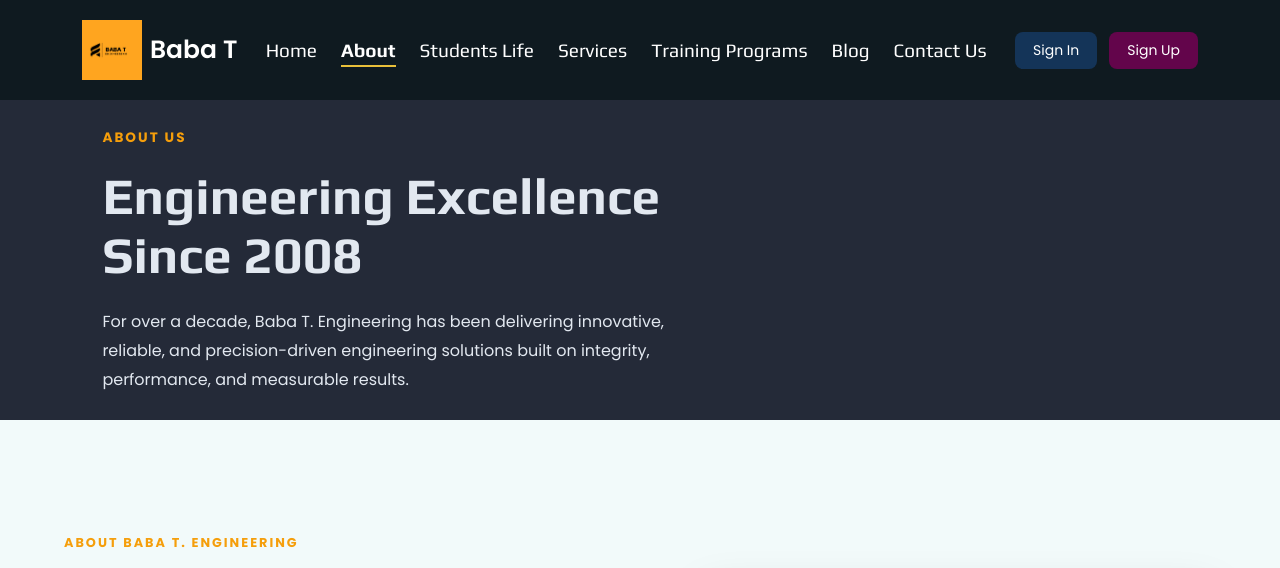
Repository: KC-Minchakpu/babatunde
Page: /about
The author's editor kept a copy of each file at every save. The page is drawn from the files as they stood at one save, then again after the next save.
The browser window is 1280 px wide. The pictures show the part of the page from y = 0 to 568 px (the page is 1674 px tall).
Pictures or frames that could not be fetched are drawn as grey boxes. The project was rebuilt for these pictures with package versions that can differ from the ones it lists, and the page was loaded fresh each time. The framework's server and built-in components were replaced by stand-ins that run in the browser. Also part of the build but not shown: next.config.ts.

Above is the page before, as saved 2026-02-21 09:51:05.

### src/app/layout.tsx
import type { Metadata } from "next";
import { Play, Poppins } from "next/font/google";
import "./globals.css";
import Header from "@/components/Header/Header";
import Footer from "@/components/Footer/Footer";

const play = Play({
  variable: "--font-play",
  subsets: ["latin"],
  weight: ["400", "700"],
});

const poppins = Poppins({
  variable: "--font-poppins",
  subsets: ["latin"],
  weight: ["400", "500", "600", "700"],
});

export const metadata: Metadata = {
  title: "Baba T Engineering",
  description: "Official web app of Baba T Engineering, a leading engineering company specializing in innovative solutions and cutting-edge technology.",
};

export default function RootLayout({
  children,
}: Readonly<{
  children: React.ReactNode;
}>) {
  return (
    <html lang="en">
      <body
        className={`${play.variable} ${poppins.variable} antialiased`}
      >
        <Header />
        {children}
        <Footer />
      </body>
    </html>
  );
}

### src/app/about/page.tsx
import AboutSection from "@/components/About/AboutSection";
import AboutHero from "@/components/About/AboutHero";


export default function OurTeamPage() {
  return (
    <>
      <AboutHero />
      <AboutSection />

    </>
  )}

### src/app/globals.css
@import "tailwindcss";

:root {
  --background: #f2fafa;
  --foreground: #1f1e1e;
}

body {
  background: var(--background);
  color: var(--foreground);
  font-family: var(--font-poppins);
}

h1, h2, h3, h4, h5, h6 {
  font-family: var(--font-play);
}

h1 {
  color: red;
  font-size: 35px;
}

### src/components/Header/Header.tsx
"use client";

import Link from "next/link";
import Image from "next/image";
import styles from "./Header.module.css";
import { useState } from "react";
import { usePathname } from "next/navigation";

const Header = () => {
  const [isOpen, setIsOpen] = useState(false);
  const pathname = usePathname();

  const isActive = (path: string) => pathname === path;
  const isAboutActive = () => pathname.startsWith("/about");

  return (
    <header className={styles.header}>
      <div className={styles.container}>
        {/* Logo */}
        <div className={styles.logo}>
          <Link href="/">
            <Image
              src="/images/logo23.png"
              alt="Baba T Logo"
              width={60}
              height={60}
            />
          </Link>
          <span className={styles.logoText}>Baba T</span>
        </div>

        {/* Navigation */}
        <nav className={styles.nav}>
          <Link
            href="/"
            className={isActive("/") ? styles.active : ""}
          >
            Home
          </Link>

          <div
            className={styles.dropdown}
            onMouseEnter={() => setIsOpen(true)}
            onMouseLeave={() => setIsOpen(false)}
          >
            <Link
              href="/about"
              className={`${styles.dropdownToggle} ${
                isAboutActive() ? styles.active : ""
              }`}
            >
              About
            </Link>

            {isOpen && (
              <div className={styles.dropdownMenu}>
                <Link href="/about/history" className={isActive("/about/history") ? styles.active : ""}>
                  Our History
                </Link>
                <Link
                  href="/about/team"
                  className={
                    isActive("/about/team") ? styles.active : ""
                  }
                >
                  Our Team
                </Link>
                <Link href="/about" className={isActive("/about/mission") ? styles.active : ""}>
                  Mission & Vision
                </Link>
                <Link href="/about" className={isActive("/about/values") ? styles.active : ""}>
                  Core Values
                </Link>
                <Link href="/about/careers" className={isActive("/about/careers") ? styles.active : ""}>
                  Careers
                </Link>
              </div>
            )}
          </div>

          <Link
            href="/students-life"
            className={
              isActive("/students-life") ? styles.active : ""
            }
          >
            Students Life
          </Link>

          <Link
            href="/services"
            className={isActive("/services") ? styles.active : ""}
          >
            Services
          </Link>

          <Link
            href="/training-programs"
            className={
              isActive("/training-programs") ? styles.active : ""
            }
          >
            Training Programs
          </Link>

          <Link
            href="/blog"
            className={isActive("/blog") ? styles.active : ""}
          >
            Blog
          </Link>

          <Link
            href="/contact"
            className={isActive("/contact") ? styles.active : ""}
          >
            Contact Us
          </Link>
        </nav>

        {/* Auth Buttons */}
        <div className={styles.actions}>
          <button className={styles.signIn}>Sign In</button>
          <button className={styles.signUp}>Sign Up</button>
        </div>
      </div>
    </header>
  );
};

export default Header;

### src/components/Footer/Footer.tsx
"use client";

import Image from "next/image";
import styles from "./Footer.module.css";
import {
  FaXTwitter,
  FaLinkedinIn,
  FaYoutube,
  FaInstagram
} from "react-icons/fa6";

export default function Footer() {
  return (
    <footer className={styles.footer}>
      <div className={styles.container}>
        <div className={styles.topSection}>

          {/* LEFT BRAND AREA */}
          <div className={styles.brand}>
            <div className={styles.logo}>
              <Image
                src="/images/logo23.png"
                alt="Baba T Logo"
                width={50}
                height={50}
              />
              <span>Baba T. Engineering</span>
            </div>

            <p>
              Forge Your Future. Transform your Devices with expert-led services
              trusted by 100,000+ Clients worldwide.
            </p>

            {/* SOCIAL ICONS */}
            <div className={styles.socials}>
              <a href="#" aria-label="Twitter">
                <FaXTwitter />
              </a>
              <a href="#" aria-label="LinkedIn">
                <FaLinkedinIn />
              </a>
              <a href="#" aria-label="YouTube">
                <FaYoutube />
              </a>
              <a href="#" aria-label="Instagram">
                <FaInstagram />
              </a>
            </div>
          </div>

          {/* LINKS GRID */}
          <div className={styles.linksGrid}>
            <div>
              <h4>CATEGORIES</h4>
              <a>Software</a>
              <a>Hardware</a>
              <a>Circuit</a>
              <a>Computer Repairs</a>
              <a>MacBook Repairs</a>
            </div>

            <div>
              <h4>COMPANY</h4>
              <a>About Us</a>
              <a>Trainings</a>
              <a>Become a Student</a>
              <a>Blog</a>
              <a>Contact</a>
            </div>

            <div>
              <h4>SUPPORT</h4>
              <a>Help Center</a>
              <a>FAQ</a>
              <a>Accessibility</a>
              <a>Sitemap</a>
            </div>

            <div>
              <h4>LEGAL</h4>
              <a>Terms of Service</a>
              <a>Privacy Policy</a>
              <a>Cookie Policy</a>
              <a>Licenses</a>
            </div>
          </div>
        </div>

        <div className={styles.divider}></div>

        <div className={styles.bottomBar}>
          <p>© 2026 Baba T Engineering. All rights reserved.</p>
          <p>Designed & Developed by Kevin Cross Minchakpu</p>

          <div className={styles.bottomLinks}>
            <a>Terms</a>
            <a>Privacy</a>
            <a>Cookies</a>
          </div>
        </div>
      </div>
    </footer>
  );
}

### src/components/About/AboutSection.tsx
// components/AboutSection.tsx
import Image from "next/image";
import styles from "./AboutSection.module.css";

const AboutSection = () => {
  return (
    <section className={styles.section}>
      <div className={styles.container}>
        {/* LEFT CONTENT */}
        <div className={styles.content}>
          <span className={styles.kicker}>ABOUT BABA T. ENGINEERING</span>

          <h2 className={styles.heading}>
            Engineering Excellence Built on Precision & Integrity
          </h2>

          <div className={styles.divider}></div>

          <p>
            Founded with a commitment to technical accuracy and professional
            integrity, Baba T. Engineering delivers innovative engineering
            solutions tailored to modern infrastructure and industrial needs.
            What began as a focused engineering practice has grown into a
            trusted technical partner for clients across multiple sectors.
          </p>

          <p>
            Our approach is rooted in precision design, rigorous analysis,
            and uncompromising quality standards. We collaborate closely with
            clients to provide solutions that are efficient, sustainable,
            and structurally sound.
          </p>

          <p>
            Today, our multidisciplinary team continues to push engineering
            boundaries—leveraging advanced tools, modern methodologies,
            and practical field expertise to deliver measurable results.
          </p>
        </div>

        {/* RIGHT IMAGE */}
        <div className={styles.imageWrapper}>
          <Image
            src="/images/circuit.jpg"
            alt="Circuit Board"
            fill
            className={styles.image}
            priority
          />

          <div className={styles.badge}>
            <span className={styles.badgeNumber}>15+</span>
            <span className={styles.badgeText}>Years of Engineering Expertise</span>
          </div>
        </div>
      </div>
    </section>
  );
};

export default AboutSection;

### src/components/About/AboutHero.tsx
// components/AboutHero.tsx
import styles from "./AboutHero.module.css";

const AboutHero = () => {
  return (
    <section className={styles.hero}>
          {/* Dark Overlay */}
      <div className={styles.overlay}></div>

      {/* Content */}
      <div className={styles.content}>
        <span className={styles.kicker}>ABOUT US</span>

        <h1 className={styles.heading}>
          Engineering Excellence <br /> Since 2008
        </h1>

        <p className={styles.description}>
          For over a decade, Baba T. Engineering has been delivering
          innovative, reliable, and precision-driven engineering solutions
          built on integrity, performance, and measurable results.
        </p>
      </div>
    </section>
  );
};

export default AboutHero;

### src/components/Header/Header.module.css
.header {
  width: 100%;
  height: 100px;
  background: #0F1A20;
  padding: 20px;
  position: sticky;
  top: 0;
  z-index: 1000;
}

.container {
  width: 90%;
  margin: 0 auto;
  display: flex;
  align-items: center;
  justify-content: space-between;
}

/* Logo */
.logo {
  display: flex;
  align-items: center;
  gap: 8px;
  cursor: pointer;
}

.logoCircle {
  width: 40px;
  height: 40px;
  border-radius: 50%;
  background: linear-gradient(135deg, #8e2de2, #4a00e0);
  display: flex;
  align-items: center;
  justify-content: center;
  color: white;
  font-weight: bold;
}

.logoText {
  font-size: 25px;
  font-weight: 600;
  color: #ffffff;
  font-family: "Poppins", sans-serif;
}

/* Nav */
.nav {
  display: flex;
  align-items: center;
  gap: 24px;
  font-family: 'Play', sans-serif;

}

.nav a,
.dropdownToggle {
  color: #ffffff;
  text-decoration: none;
  font-size: 19px;
  cursor: pointer;
  position: relative;
  transition: color 0.3s ease;
}

.nav a:hover,
.dropdownToggle:hover {
  color: #FFD23F;
}

/* Dropdown */
.dropdown {
  position: relative;
}

.dropdownMenu {
  position: absolute;
  width: 250px;
  top: 35px;
  left: 0;
  background: #0F1A20;
  border-radius: 8px;
  padding: 10px 0;
  min-width: 180px;
  box-shadow: 0 10px 25px rgba(0, 0, 0, 0.15);
  display: flex;
  flex-direction: column;
}

.dropdownMenu a {
  padding: 10px 16px;
  color: #ffffff;
  font-size: 19px;
  text-decoration: none;
  transition: background 0.2s ease;
}

.dropdownMenu a:hover {
  color: #FFD23F;
}

/* Buttons */
.actions {
  display: flex;
  gap: 12px;
}

.signIn {
  padding: 8px 18px;
  border-radius: 8px;
  border: none;
  cursor: pointer;
  color: white;
  background: #143458;
  font-size: 14px;
}

.signUp {
  padding: 8px 18px;
  border-radius: 8px;
  border: none;
  cursor: pointer;
  color: white;
  background: #63054b;
  font-size: 14px;
}

/* Responsive */
@media (max-width: 1024px) {
  .nav {
    display: none;
  }
}

.active {
  color: #f1b32b;
  font-weight: 600;
  position: relative;
}

.active::after {
  content: "";
  position: absolute;
  left: 0;
  bottom: -6px;
  width: 100%;
  height: 2px;
  background-color: #e9c03a;
}

### src/components/Footer/Footer.module.css
.footer {
  background: linear-gradient(
    180deg,
    #0a0a0a,
    #111111
  );
  color: #e5e7eb;
  padding: 90px 0 30px;
}

.container {
  max-width: 1200px;
  margin: 0 auto;
  padding: 0 20px;
}

/* TOP SECTION */
.topSection {
  display: flex;
  justify-content: space-between;
  gap: 60px;
}

/* BRAND */
.brand {
  flex: 1.3;
}

.logo {
  display: flex;
  align-items: center;
  gap: 12px;
  font-weight: 600;
  font-size: 20px;
  margin-bottom: 20px;
}

.logoBox {
  width: 34px;
  height: 34px;
  border-radius: 10px;
  background: linear-gradient(135deg, #14b8a6, #f97316);
}

.brand p {
  color: #9ca3af;
  line-height: 1.6;
  margin-bottom: 24px;
  max-width: 350px;
}

/* =========================
   SOCIAL ICONS
========================= */
.socials {
  display: flex;
  gap: 15px;
  margin-top: 20px;
}

.socials a {
  width: 40px;
  height: 40px;
  background: #121c3b;
  border-radius: 50%;
  display: flex;
  align-items: center;
  justify-content: center;
  color: #ffffff;
  font-size: 16px;
  transition: all 0.3s ease;
}

.socials a:hover {
  background: #f8af28;
  transform: translateY(-4px);
}


/* LINKS GRID */
.linksGrid {
  flex: 2;
  display: grid;
  grid-template-columns: repeat(4, 1fr);
  gap: 40px;
}

.linksGrid h4 {
  font-size: 12px;
  letter-spacing: 1px;
  margin-bottom: 16px;
  color: #ffffff;
}

.linksGrid a {
  display: block;
  font-size: 14px;
  color: #9ca3af;
  margin-bottom: 10px;
  cursor: pointer;
  transition: color 0.3s ease;
}

.linksGrid a:hover {
  color: #ffffff;
}

/* DIVIDER */
.divider {
  height: 1px;
  background: rgba(255, 255, 255, 0.08);
  margin: 60px 0 25px;
}

/* BOTTOM BAR */
.bottomBar {
  display: flex;
  justify-content: space-between;
  align-items: center;
  font-size: 14px;
  color: #9ca3af;
}

.bottomLinks {
  display: flex;
  gap: 24px;
}

.bottomLinks a {
  cursor: pointer;
  transition: color 0.3s ease;
}

.bottomLinks a:hover {
  color: white;
}

/* RESPONSIVE */
@media (max-width: 1024px) {
  .topSection {
    flex-direction: column;
    gap: 50px;
  }

  .linksGrid {
    grid-template-columns: repeat(2, 1fr);
  }

  .bottomBar {
    flex-direction: column;
    gap: 15px;
    text-align: center;
  }
}

@media (max-width: 600px) {
  .linksGrid {
    grid-template-columns: 1fr;
  }
}

### src/components/About/AboutSection.module.css
.section {
  padding: 110px 0;
   background: linear-gradient(
      to right,
      rgba(248, 250, 252, 0.95),
      rgba(248, 250, 252, 0.8)
    ),
}

.container {
  width: 90%;
  max-width: 1200px;
  margin: 0 auto;

  display: grid;
  grid-template-columns: 1.1fr 1fr;
  gap: 70px;
  align-items: center;
}

/* LEFT CONTENT */

.content {
  color: #1e293b; /* slate tone */
}

.kicker {
  font-size: 0.8rem;
  letter-spacing: 2px;
  font-weight: 700;
  color: #f59e0b; /* engineering amber */
  text-transform: uppercase;
  margin-bottom: 14px;
  display: inline-block;
}

.heading {
  font-size: 2.6rem;
  font-weight: 800;
  line-height: 1.25;
  margin-bottom: 18px;
}

.divider {
  width: 70px;
  height: 4px;
  background-color: #0f172a; /* deep engineering blue */
  margin-bottom: 28px;
}

.content p {
  font-size: 1rem;
  line-height: 1.8;
  margin-bottom: 20px;
  color: #475569;
}

/* RIGHT IMAGE */

.imageWrapper {
  position: relative;
  width: 100%;
  height: 520px;
  border-radius: 14px; /* sharper than law version */
  overflow: hidden;
  box-shadow: 0 25px 45px rgba(15, 23, 42, 0.15);
}

.image {
  object-fit: cover;
}

/* BADGE – redesigned as technical stat block */

.badge {
  position: absolute;
  bottom: 28px;
  right: 30px;

  background-color: #0f172a;
  color: white;

  padding: 26px 32px;
  border-radius: 10px;

  display: flex;
  flex-direction: column;
  align-items: center;

  border-left: 6px solid #f59e0b;
  box-shadow: 0 18px 35px rgba(0, 0, 0, 0.25);
}

.badgeNumber {
  font-size: 2rem;
  font-weight: 800;
  line-height: 1;
}

.badgeText {
  font-size: 0.85rem;
  margin-top: 6px;
  text-align: center;
  letter-spacing: 0.5px;
}

/* RESPONSIVE */

@media (max-width: 992px) {
  .container {
    grid-template-columns: 1fr;
    gap: 60px;
  }

  .imageWrapper {
    height: 420px;
  }
}

@media (max-width: 600px) {
  .section {
    padding: 80px 0;
  }

  .heading {
    font-size: 2rem;
  }

  .imageWrapper {
    height: 320px;
  }

  .badge {
    right: 20px;
    padding: 18px 22px;
  }

  .badgeNumber {
    font-size: 1.6rem;
  }
}

### src/components/About/AboutHero.module.css
.hero {
  position: relative;
  height: 320px;
  display: flex;
  align-items: center;
  padding: 0 8%;
  overflow: hidden;
  color: white;
}

/* Dark blue engineering overlay */
.overlay {
  position: absolute;
  inset: 0;
  background: #242a38;
  z-index: 1;
}

/* Content */
.content {
  position: relative;
  z-index: 2;
  max-width: 750px;
}

.kicker {
  font-size: 0.85rem;
  font-weight: 700;
  letter-spacing: 2px;
  color: #f59e0b; /* engineering amber */
  text-transform: uppercase;
  margin-bottom: 18px;
  display: inline-block;
}

.heading {
  font-size: 3.2rem;
  font-weight: 800;
  line-height: 1.15;
  margin-bottom: 24px;
  color: #e2e8f0;
}

.description {
  font-size: 1rem;
  line-height: 1.8;
  color: #e2e8f0;
  max-width: 600px;
}

/* Responsive */

@media (max-width: 992px) {
  .hero {
    height: 480px;
    padding: 0 6%;
  }

  .heading {
    font-size: 2.6rem;
  }
}

@media (max-width: 600px) {
  .hero {
    height: 420px;
    padding: 0 5%;
  }

  .heading {
    font-size: 2rem;
  }

  .description {
    font-size: 1rem;
  }
}

After the next save:
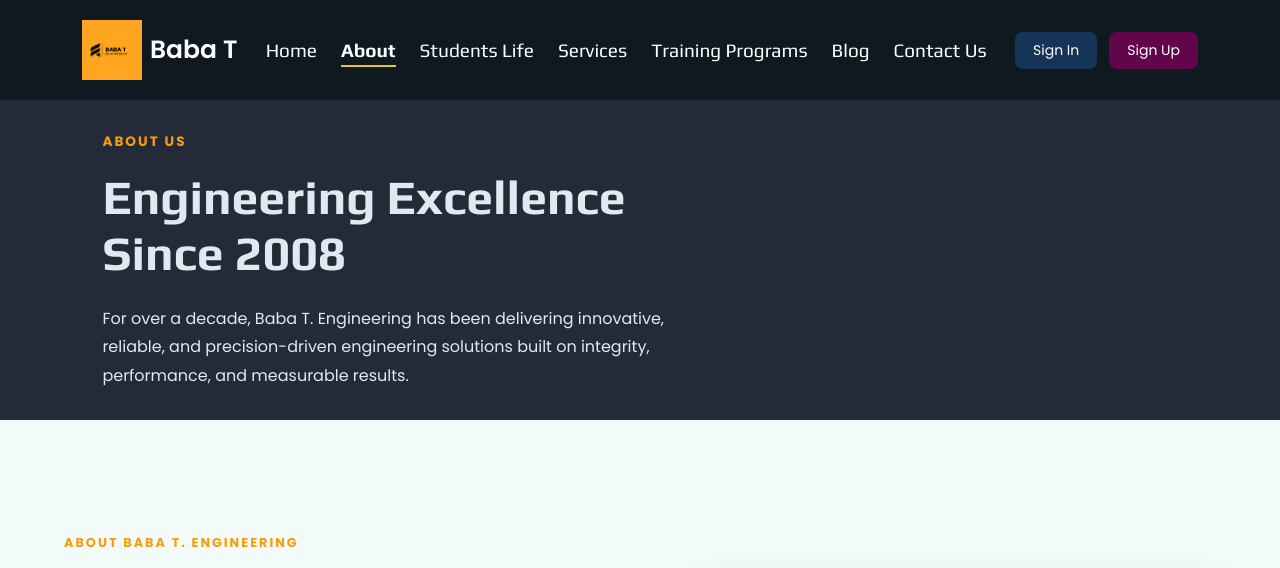
Saved 35 s later.
--- a/src/components/About/AboutHero.module.css
+++ b/src/components/About/AboutHero.module.css
@@ -34,7 +34,7 @@
 }
 
 .heading {
-  font-size: 3.2rem;
+  font-size: 3rem;
   font-weight: 800;
   line-height: 1.15;
   margin-bottom: 24px;
